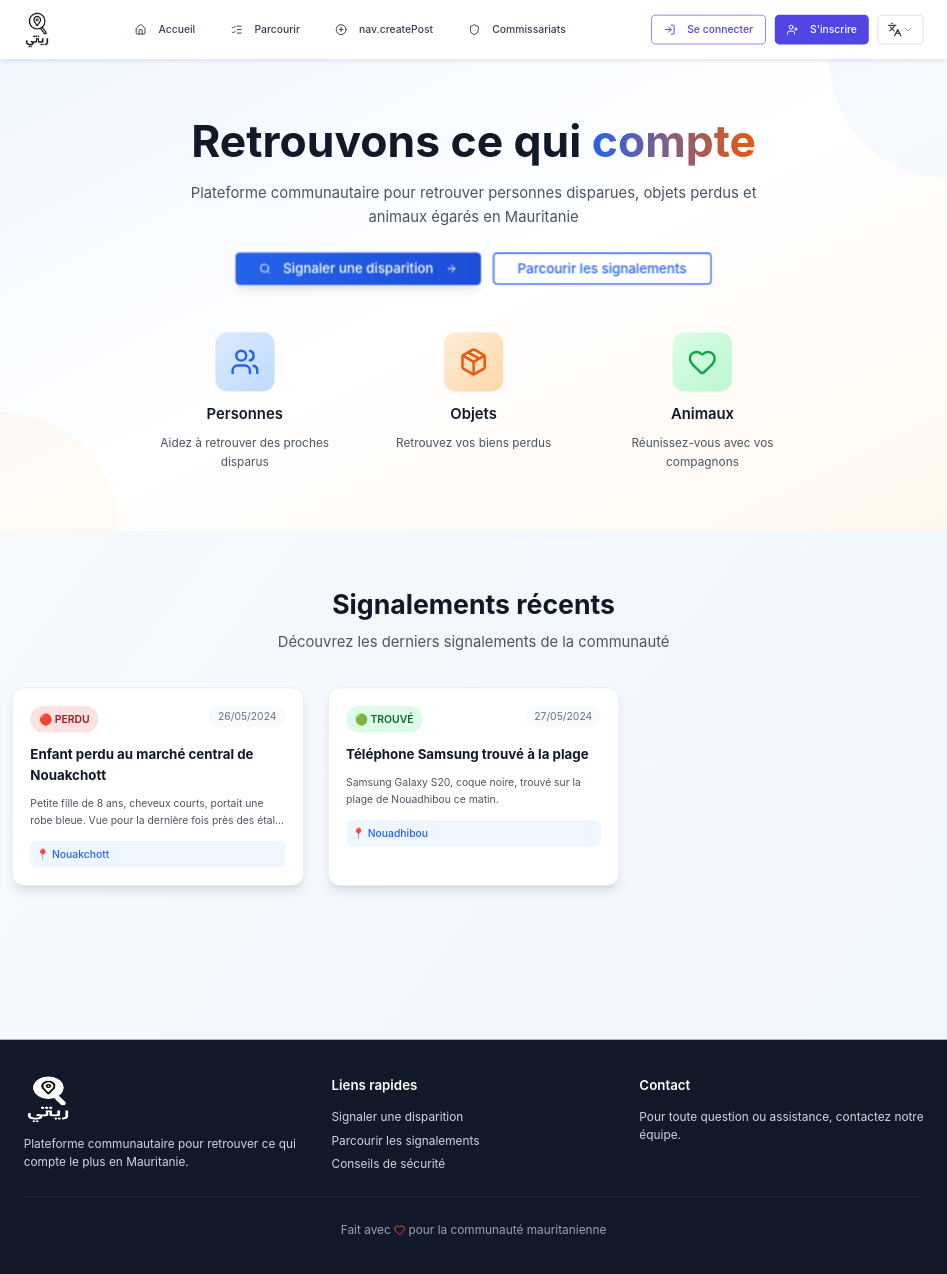
Repository: DahSidiAbdallah/Raytni
Page: /
The author's editor kept a copy of each file at every save. The page is drawn from the files as they stood at one save, then again after the next save.
The browser window is 1280 px wide. The pictures show the whole page, at 74% of full size.
The project was rebuilt for these pictures with package versions that can differ from the ones it lists, and the page was loaded fresh each time. Also part of the build but not shown: vite.config.ts, src/components/ui/tooltip.tsx, src/components/ui/input.tsx, src/components/ui/textarea.tsx, src/components/ui/card.tsx, src/components/CreatePostForm.tsx, src/components/LoadingSpinner.tsx, src/pages/NotFound.tsx and 10 more.

Above is the page before, as saved 2025-05-28 15:08:21.

After the next save:
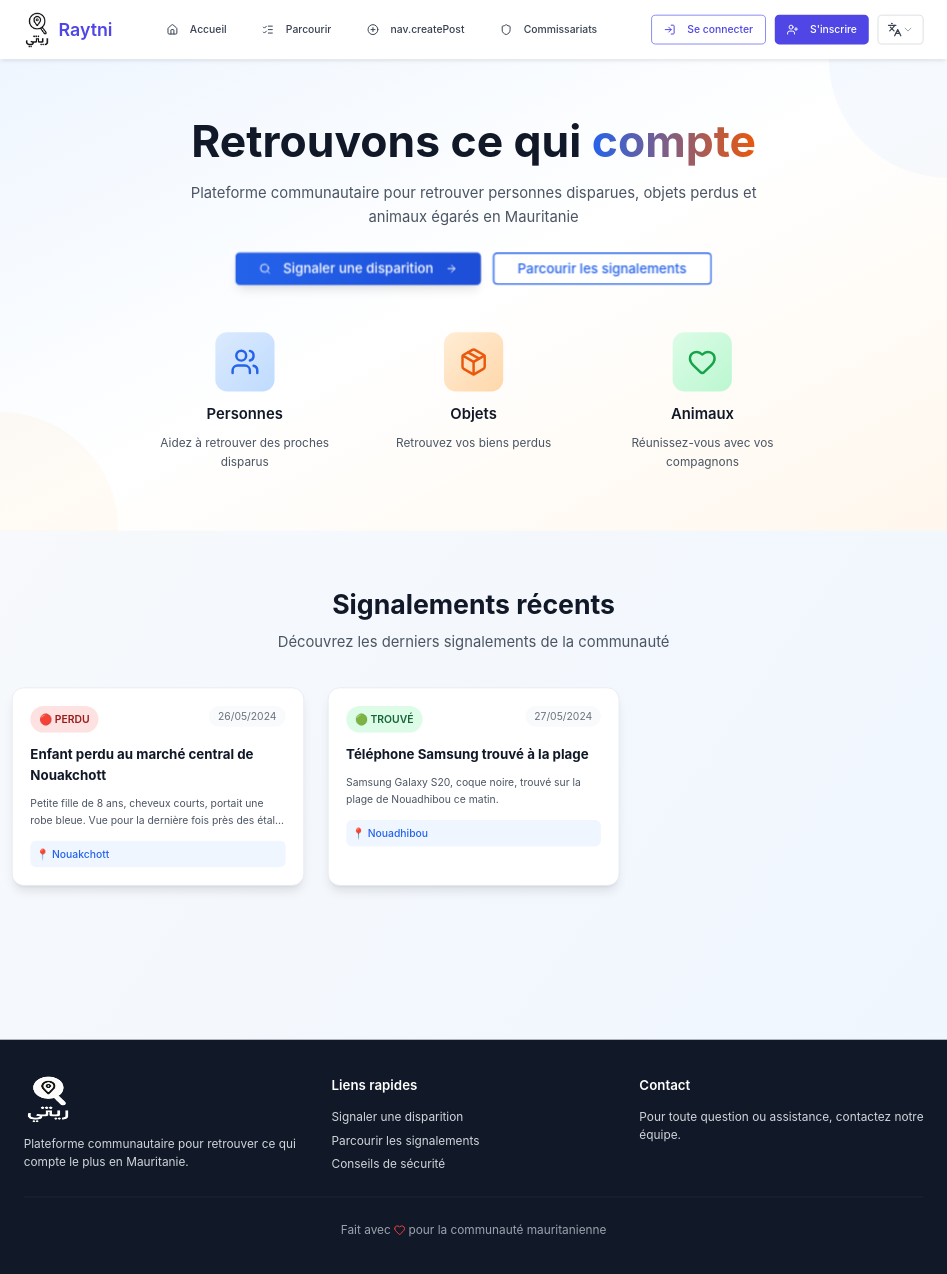
Saved 26 s later.
--- a/src/components/Header.tsx
+++ b/src/components/Header.tsx
@@ -23,7 +23,7 @@
   const handleSearch = (e: React.FormEvent) => {
     e.preventDefault();
     if (searchTerm.trim()) {
-      console.log("Search term:", searchTerm.trim());
+      console.log("Raytni Search term:", searchTerm.trim());
       setSearchTerm("");
     }
   };
@@ -34,8 +34,8 @@
         <div className="flex items-center justify-between h-20">
           <div className="flex items-center">
             <Link to="/" className="flex items-center space-x-3 rtl:space-x-reverse">
-              <img src={Logo} alt="Chaabik Logo" className="h-12 w-auto" />
-
+              <img src={Logo} alt="Raytni Logo" className="h-12 w-auto" />
+              <span className="self-center text-2xl font-semibold whitespace-nowrap text-indigo-600">Raytni</span>
             </Link>
           </div>
 
@@ -60,7 +60,6 @@
                 <Languages className="h-5 w-5" />
               </SelectTrigger>
               <SelectContent>
-                <SelectItem value="en">English</SelectItem>
                 <SelectItem value="fr">Français</SelectItem>
                 <SelectItem value="ar">العربية</SelectItem>
               </SelectContent>
@@ -105,10 +104,9 @@
                     <Select value={language} onValueChange={(newLang) => { setLanguage(newLang as Language); setIsMobileMenuOpen(false); }}>
                         <SelectTrigger className="w-full focus:ring-indigo-500 focus:border-indigo-500">
                             <Languages className="mr-2 h-5 w-5" />
-                            <span>{language === 'en' ? 'English' : language === 'fr' ? 'Français' : 'العربية'}</span>
+                            <span>{language === 'fr' ? 'Français' : 'العربية'}</span>
                         </SelectTrigger>
                         <SelectContent>
-                            <SelectItem value="en">English</SelectItem>
                             <SelectItem value="fr">Français</SelectItem>
                             <SelectItem value="ar">العربية</SelectItem>
                         </SelectContent>

After the save that followed:
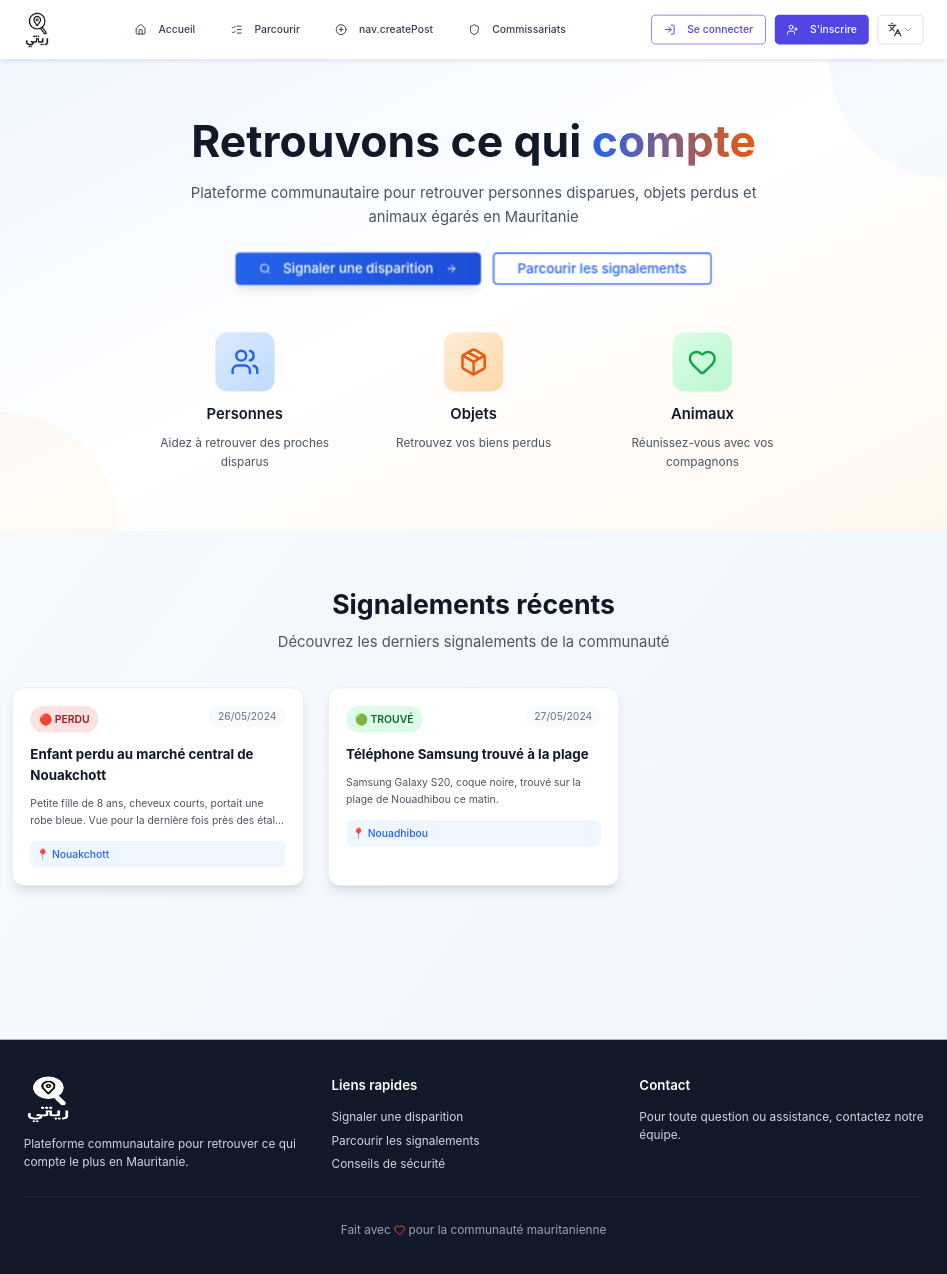
Saved 47 s later.
--- a/src/components/Header.tsx
+++ b/src/components/Header.tsx
@@ -35,7 +35,6 @@
           <div className="flex items-center">
             <Link to="/" className="flex items-center space-x-3 rtl:space-x-reverse">
               <img src={Logo} alt="Raytni Logo" className="h-12 w-auto" />
-              <span className="self-center text-2xl font-semibold whitespace-nowrap text-indigo-600">Raytni</span>
             </Link>
           </div>
 
